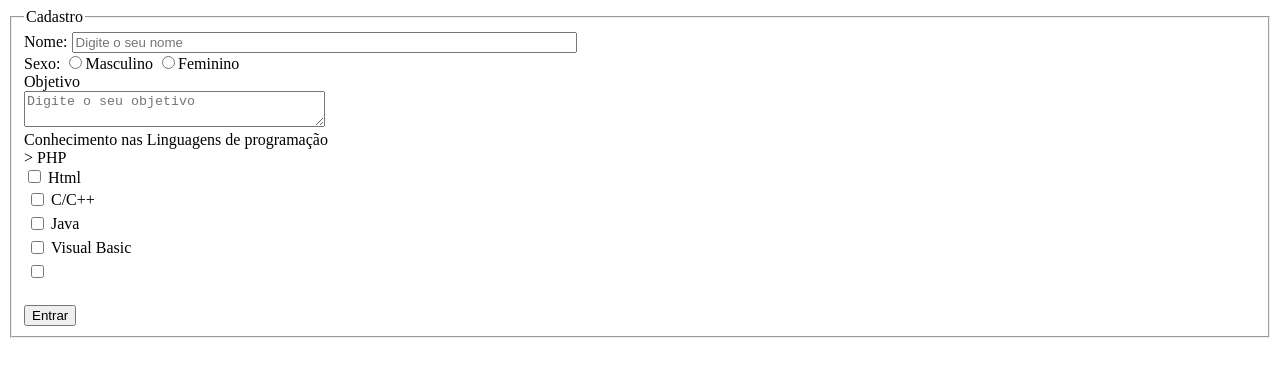
Repository: Lerif/WebServletLearning
Page: http://localhost/WebLearning/
An editor plug-in stored every save of this project. The page is shown before and after a run of saves, followed by the edit.
The browser window is 1280 px wide. The pictures show the whole page.
The page is served by Tomcat 9. Other server files are loaded and not shown.

Above is the page before, as saved 2016-10-26 13:52:24.

### WebServelets/WebLearning/WebContent/TryJSP.jsp
<%@ page language="java" contentType="text/html; charset=UTF-8"
    pageEncoding="UTF-8"%>
<!DOCTYPE html>
<html>
<head>
<meta http-equiv="Content-Type" content="text/html; charset=UTF-8">
<title>HelloWorld</title>
</head>
<body>
	<form name = "CadastroUsuario" id="CadastroId" method="post" action="ServeletTry">
		<fieldset>
			<legend>Cadastro</legend>
			Nome:
			<input type="text" 	name="name" size="60" placeholder="Digite o seu nome" required/>
			<br>

			Sexo:
			<input type="radio" name="sex" value="male" />Masculino
			<input type="radio" name="sex" value="female"  />Feminino
			<br>

			Objetivo
			<br>
			<textarea name="objective" cols="35" rows="2" placeholder="Digite o seu objetivo" required></textarea>
			<br>

			Conhecimento nas Linguagens de programação
			<br>
			<table>
				<tr>
					<td> <input type="checkbox" id="formation1" name="c" value="0" /> </td>
					<td>C/C++ </td>
				</tr>
				<tr>
					<td><input type="checkbox" id="formation2" name="java" value="1" /></td>
					<td>Java</td>
				</tr>
				<tr>
					<td><input type="checkbox" id="formation3" name="vb" value="2" /></td>
					<td>Visual Basic</td>>
				</tr>
				<tr>
					<td><input type="checkbox" id="formation4" name="php" value="3" /></td> PHP<br>
				</tr>
				<tr>
				<input type="checkbox" id="formation5" name="html" value="4" /> Html<br>
				</tr>
			</table>


			<br>
			<button onClick="entrar()" value="Submit form">Entrar</button>
			<br>
		</fieldset>
	</form>
</body>

<script>
	function entrar(){
		document.getElementById("CadastroId").submit();
	}
</script>
</html>

After the next 2 saves:
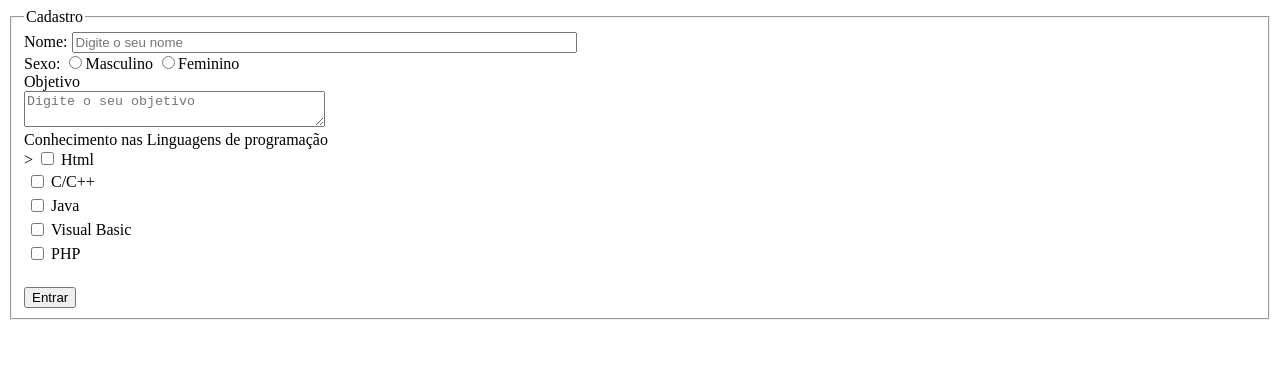
The 2 saves are shown as one change because they came seconds apart.
The last was saved 33 s later.
--- a/WebServelets/WebLearning/WebContent/TryJSP.jsp
+++ b/WebServelets/WebLearning/WebContent/TryJSP.jsp
@@ -40,7 +40,8 @@
 					<td>Visual Basic</td>>
 				</tr>
 				<tr>
-					<td><input type="checkbox" id="formation4" name="php" value="3" /></td> PHP<br>
+					<td><input type="checkbox" id="formation4" name="php" value="3" /></td>
+					<td>PHP</td>
 				</tr>
 				<tr>
 				<input type="checkbox" id="formation5" name="html" value="4" /> Html<br>
